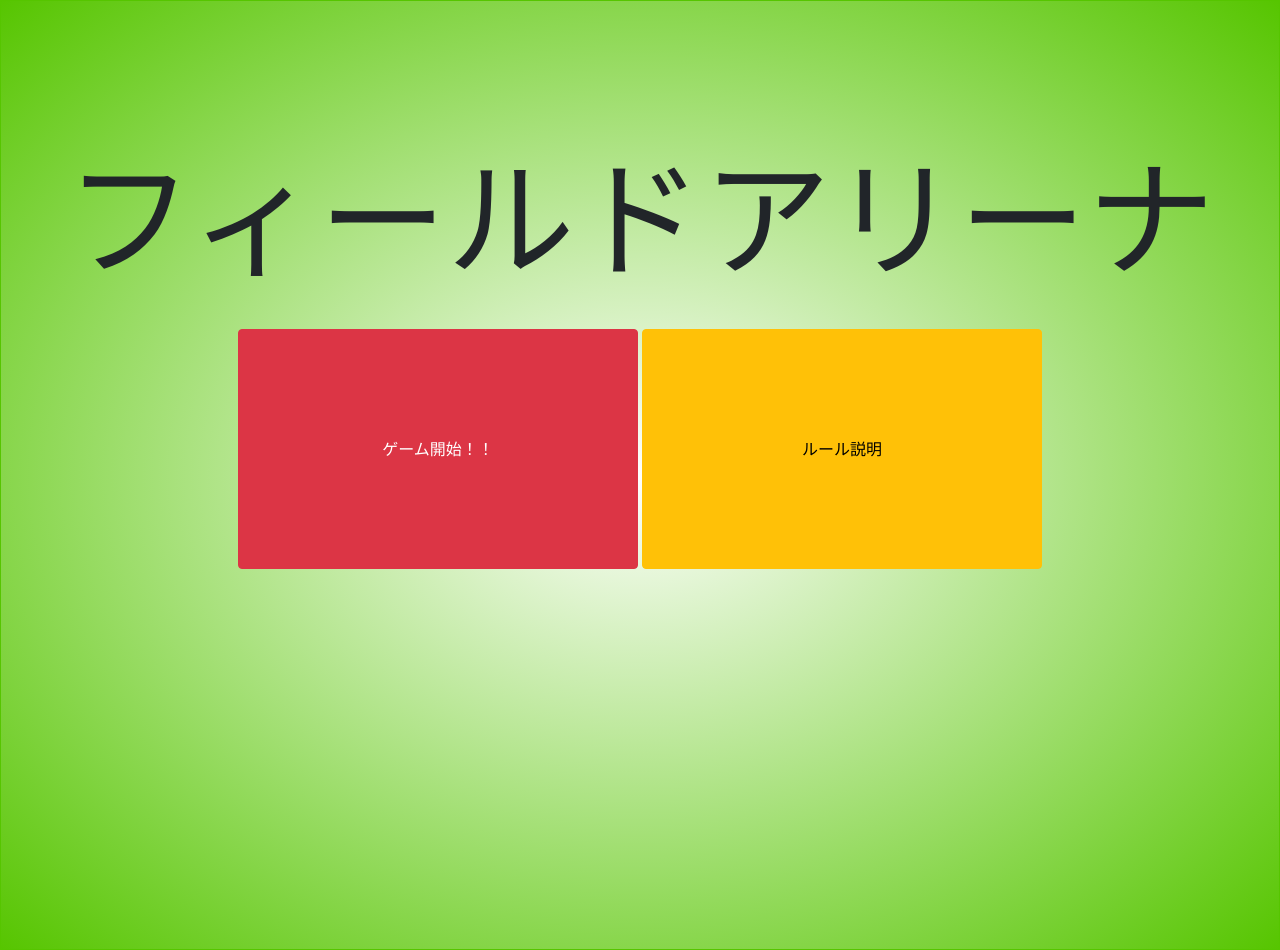
Repository: e1b21074/field_arena
Page: .log/field_arena/src/main/resources/static/index.html
An editor plug-in stored every save of this project. The page is shown before and after the next save, followed by the edit.
The browser window is 1280 px wide. The pictures show the whole page.

Above is the page before, as saved 2024-01-09 15:09:07.

### .log/field_arena/src/main/resources/static/index.html
<!DOCTYPE html>
<html lang="en">

<head>
  <meta charset="UTF-8">
  <meta name="viewport" content="width=device-width, initial-scale=1.0">
  <!-- bootstrap CSS -->
  <link href="https://cdn.jsdelivr.net/npm/bootstrap@5.0.2/dist/css/bootstrap.min.css" rel="stylesheet"
    integrity="sha384-EVSTQN3/azprG1Anm3QDgpJLIm9Nao0Yz1ztcQTwFspd3yD65VohhpuuCOmLASjC" crossorigin="anonymous">

  <title>カードゲーム</title>

  <style>
    .title{
      font-size: 128px;
    }

  button {
    width: 25em;
    height:15em;
  }

    .gradient {
      background:radial-gradient(#fff, #56C500);
      height: 950px;
      border: 1px solid #56C500;
  }
  </style>
</head>

<body class="gradient">
  <center>
    <div style="text-align: center;">
      <br><br><br><br><br>
      <p class="title">
      フィールドアリーナ
      </p>
      <button type="button" class="btn btn-danger" onclick="location.href='/gamearea'">ゲーム開始！！</button>
      <button type="button" class="btn btn-warning" onclick="location.href='/rule'">ルール説明</button>
    </div>
  </center>

  <script src="https://cdn.jsdelivr.net/npm/bootstrap@5.0.2/dist/js/bootstrap.bundle.min.js"
    integrity="sha384-MrcW6ZMFYlzcLA8Nl+NtUVF0sA7MsXsP1UyJoMp4YLEuNSfAP+JcXn/tWtIaxVXM"
    crossorigin="anonymous"></script>
</body>

</html>

After the next save:
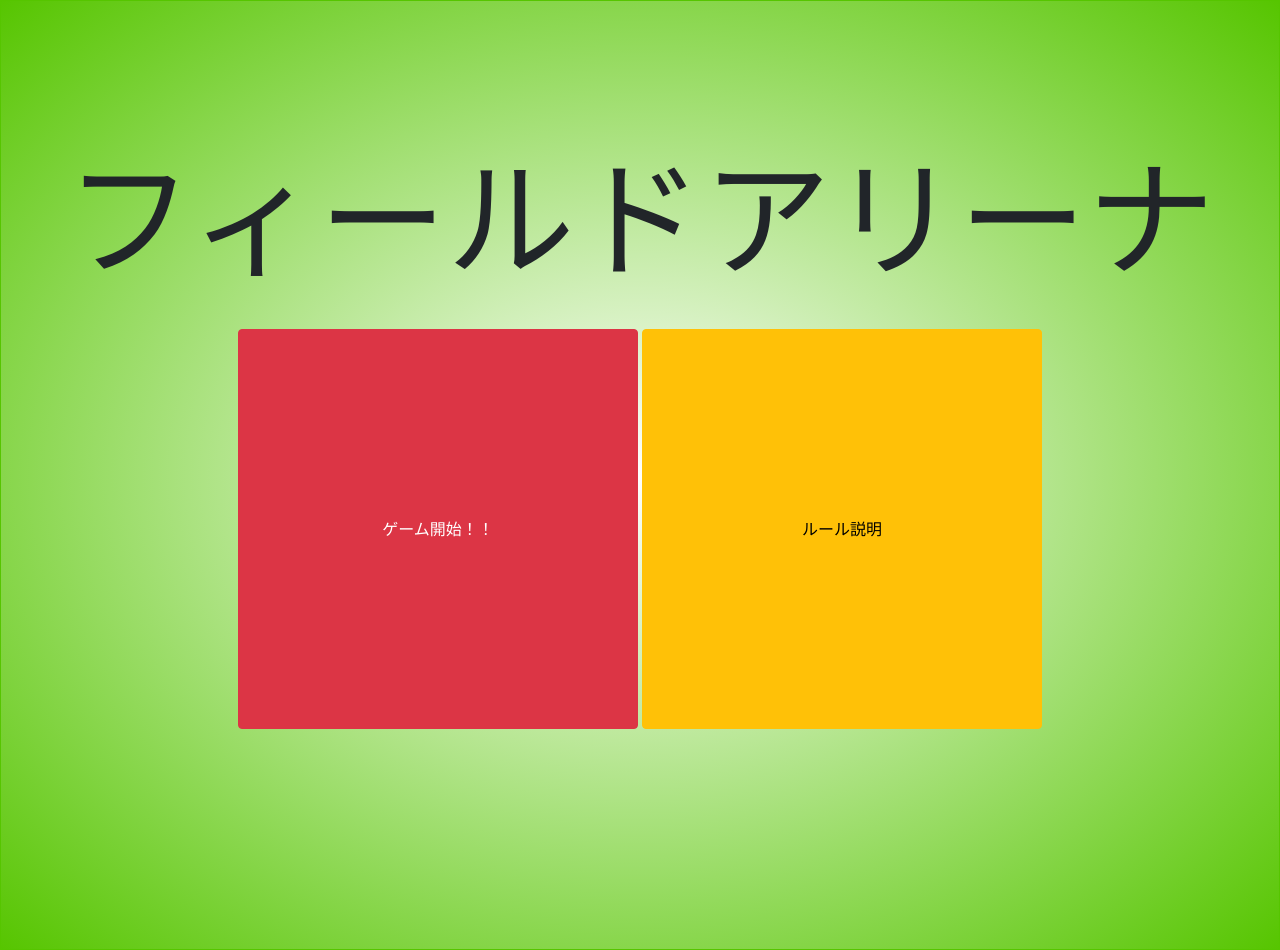
Saved 11 s later.
--- a/.log/field_arena/src/main/resources/static/index.html
+++ b/.log/field_arena/src/main/resources/static/index.html
@@ -17,7 +17,7 @@
 
   button {
     width: 25em;
-    height:15em;
+    height:25em;
   }
 
     .gradient {

After the save that followed:
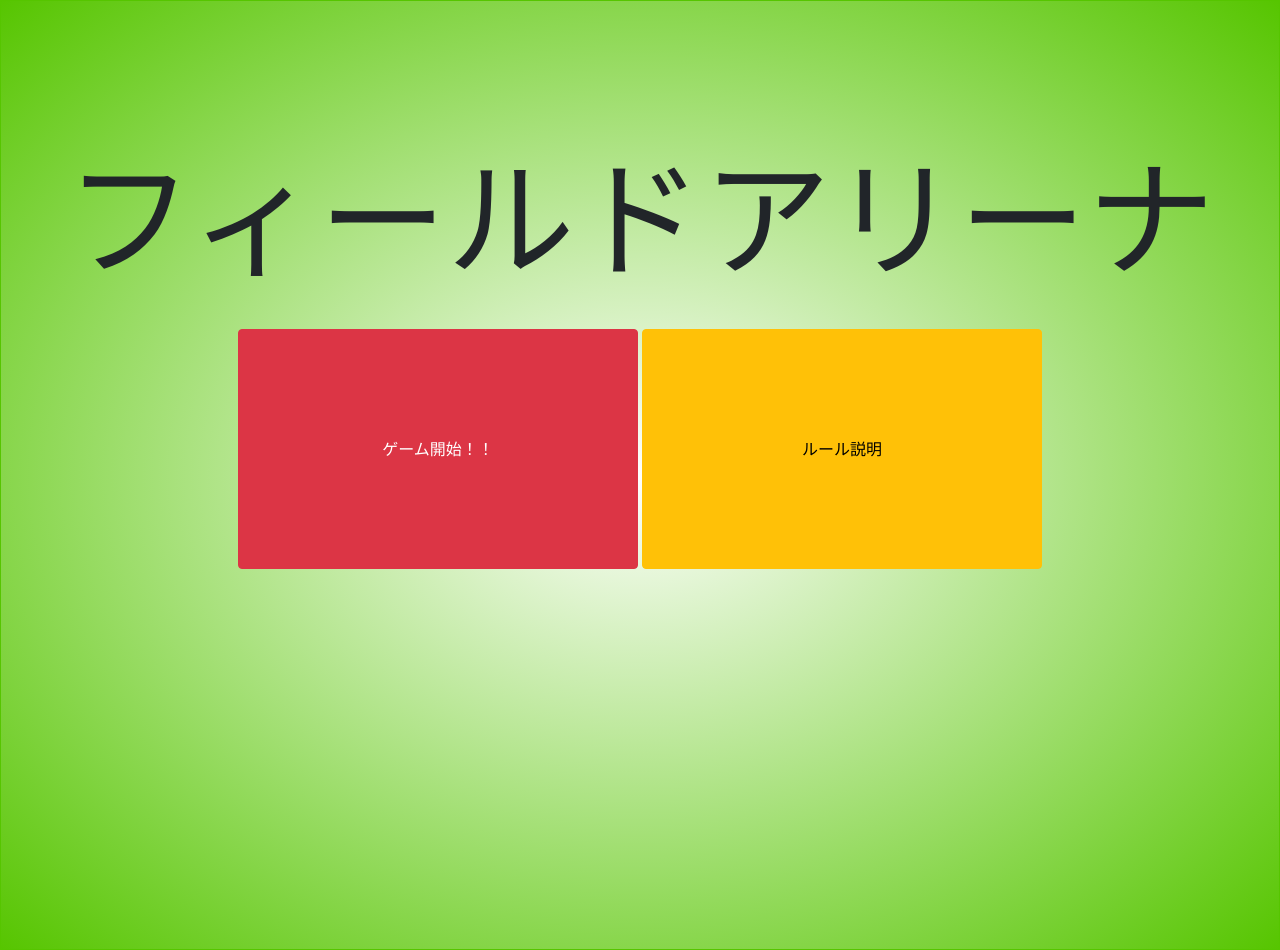
Saved 5 s later.
--- a/.log/field_arena/src/main/resources/static/index.html
+++ b/.log/field_arena/src/main/resources/static/index.html
@@ -17,7 +17,7 @@
 
   button {
     width: 25em;
-    height:25em;
+    height:15em;
   }
 
     .gradient {
